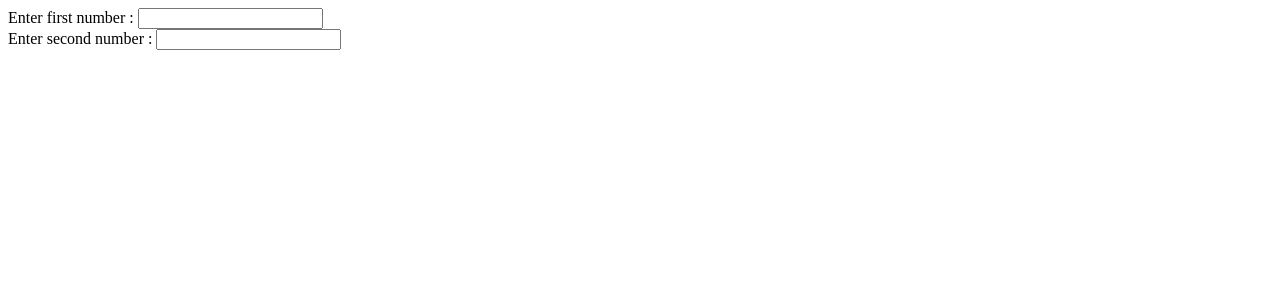
Repository: ramrandhi/Servlets-and-Jsp
Page: DemoApp/src/main/webapp/index.html
These files come from the project's save history. The page is drawn as it stood at one moment and after the next save; the edit follows.
The browser window is 1280 px wide. The pictures show the whole page.

Above is the page before, as saved 2024-10-29 03:48:33.

### DemoApp/src/main/webapp/index.html
<!DOCTYPE html>
<html>
<head>
<meta charset="UTF-8">
<title>Index page or starting Page</title>
</head>
<body>
	<form action="">
	Enter first number : <input type="text" name="num1"><br>
	Enter second number : <input type="text" name="num2"><br>
	</form>
</body>
</html>

After the next save:
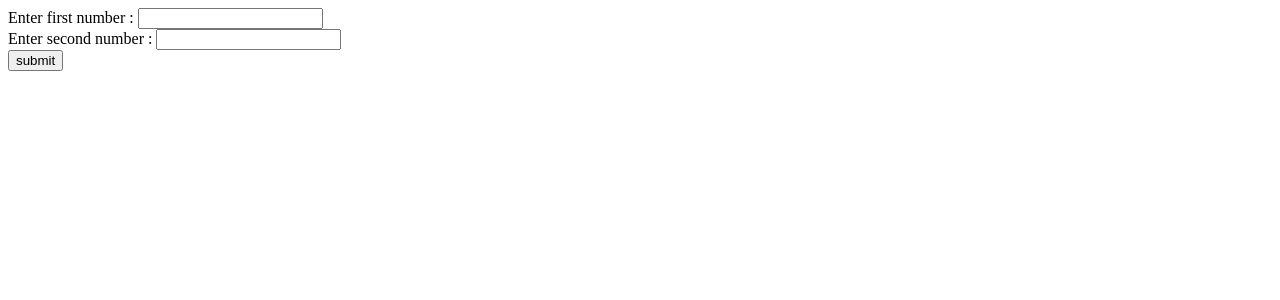
Saved 2 min 9 s later.
--- a/DemoApp/src/main/webapp/index.html
+++ b/DemoApp/src/main/webapp/index.html
@@ -8,6 +8,7 @@
 	<form action="">
 	Enter first number : <input type="text" name="num1"><br>
 	Enter second number : <input type="text" name="num2"><br>
+	<button>submit</button>
 	</form>
 </body>
 </html>
